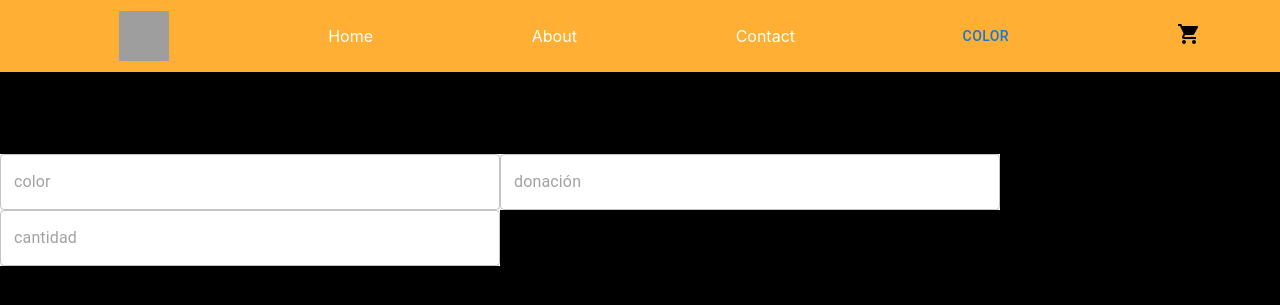
Repository: Toydrum/React-Hector-Coronado-EntregaFinal
Page: /shop
These files come from the project's save history. The page is drawn as it stood at one moment and after the next save; the edit follows.
The browser window is 1280 px wide. The pictures show the whole page.
Pictures or frames that could not be fetched are drawn as grey boxes. The project was rebuilt for these pictures with package versions that can differ from the ones it lists, and the page was loaded fresh each time. Also part of the build but not shown: vite.config.js, src/components/CardUser/CardUser.jsx, src/components/CardList/CardList.css, src/firebase/firebaseConfig.js, src/components/CardList/CardList.jsx, src/pages/HomePage/HomePage.jsx, src/pages/ContactPage/ContactPage.jsx, src/pages/AboutPage/AboutPage.jsx and 1 more.

Above is the page before, as saved 2023-07-16 17:47:22.

After the next save:
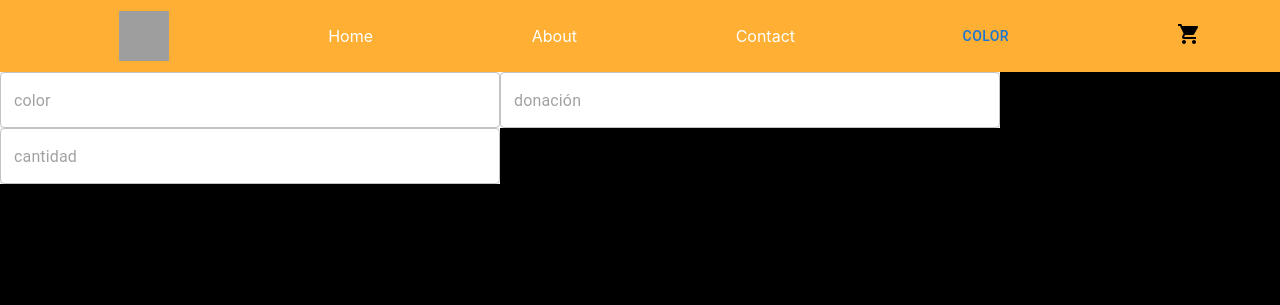
Saved 11 s later.
--- a/src/pages/ShopPage/Styles.css
+++ b/src/pages/ShopPage/Styles.css
@@ -10,6 +10,6 @@
 .caja{
   display:flex;
   justify-content: center;
-  flex-flow: wrap;
+  flex-flow: column-reverse;
   color:black;
 }
